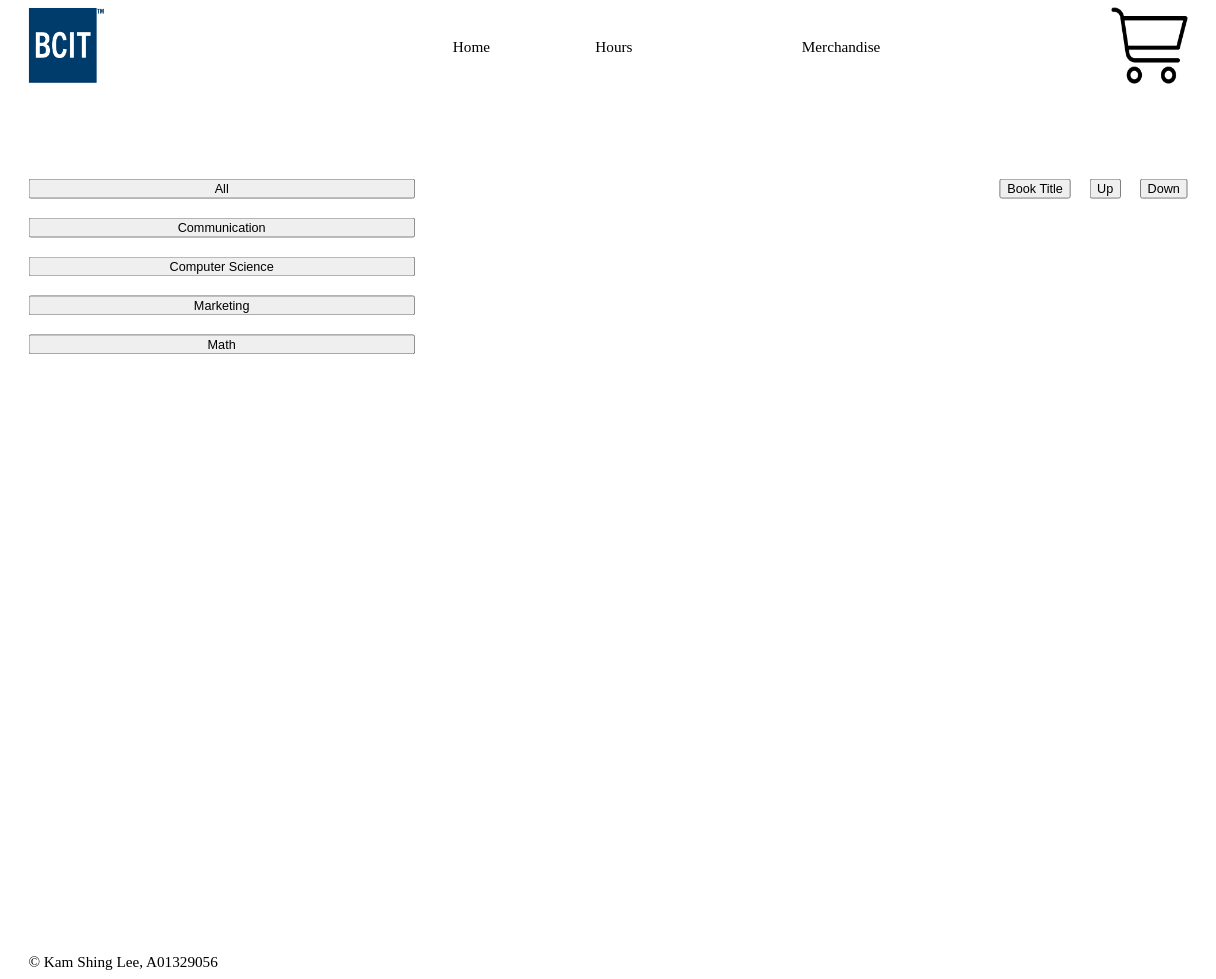
Repository: klee616/assessment3
Page: /
The author's editor kept a copy of each file at every save. The page is drawn from the files as they stood at one save, then again after the next save.
The browser window is 1280 px wide. The pictures show the whole page, at 95% of full size.
The project was rebuilt for these pictures with package versions that can differ from the ones it lists, and the page was loaded fresh each time. The framework's server and built-in components were replaced by stand-ins that run in the browser. Also part of the build but not shown: next.config.mjs, components/Product/Product.module.css, components/Product/index.js.

Above is the page before, as saved 2024-02-07 17:19:34.

After the next save:
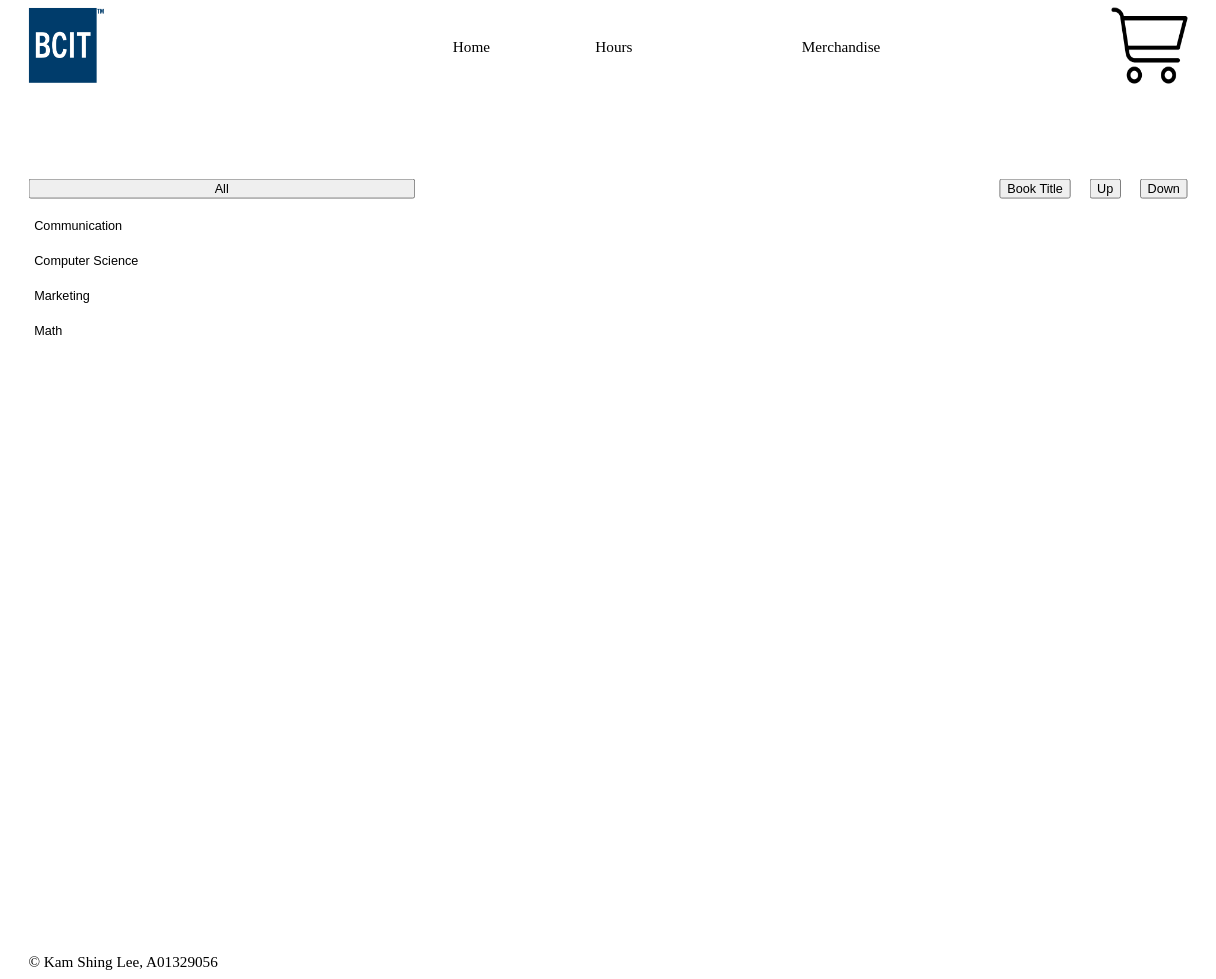
Saved 9 s later.
--- a/styles/Home.module.css
+++ b/styles/Home.module.css
@@ -30,7 +30,7 @@
   width: 100%;
 
 }
-.{
+.aside-btn{
 
   text-align: left;
   border: none;
